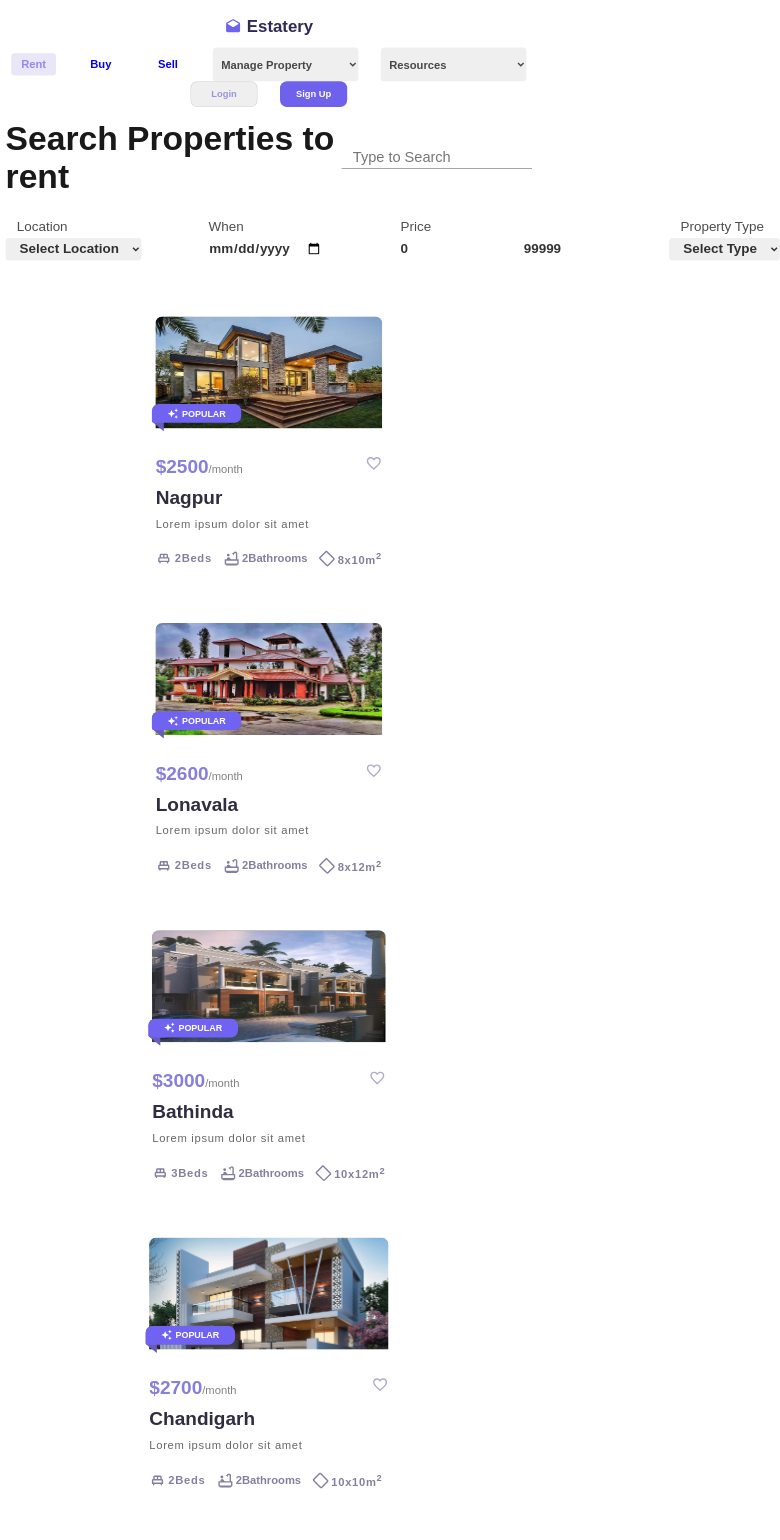
Repository: kapil4457/Reunion-Internship-Assignment
Page: /
An editor plug-in stored every save of this project. The page is shown before and after the next save, followed by the edit.
The browser window is 768 px wide. The page is 1114 px wide, so the pictures cover 1114 px, including what lies to the right of the window. The pictures show the part of the page from y = 0 to 2200 px (the page is 4951 px tall before and 5223 px after), at 70% of full size.
The project was rebuilt for these pictures with package versions that can differ from the ones it lists, and the page was loaded fresh each time. Also part of the build but not shown: src/App.css.

Above is the page before, as saved 2022-10-07 21:05:03.

After the next save:
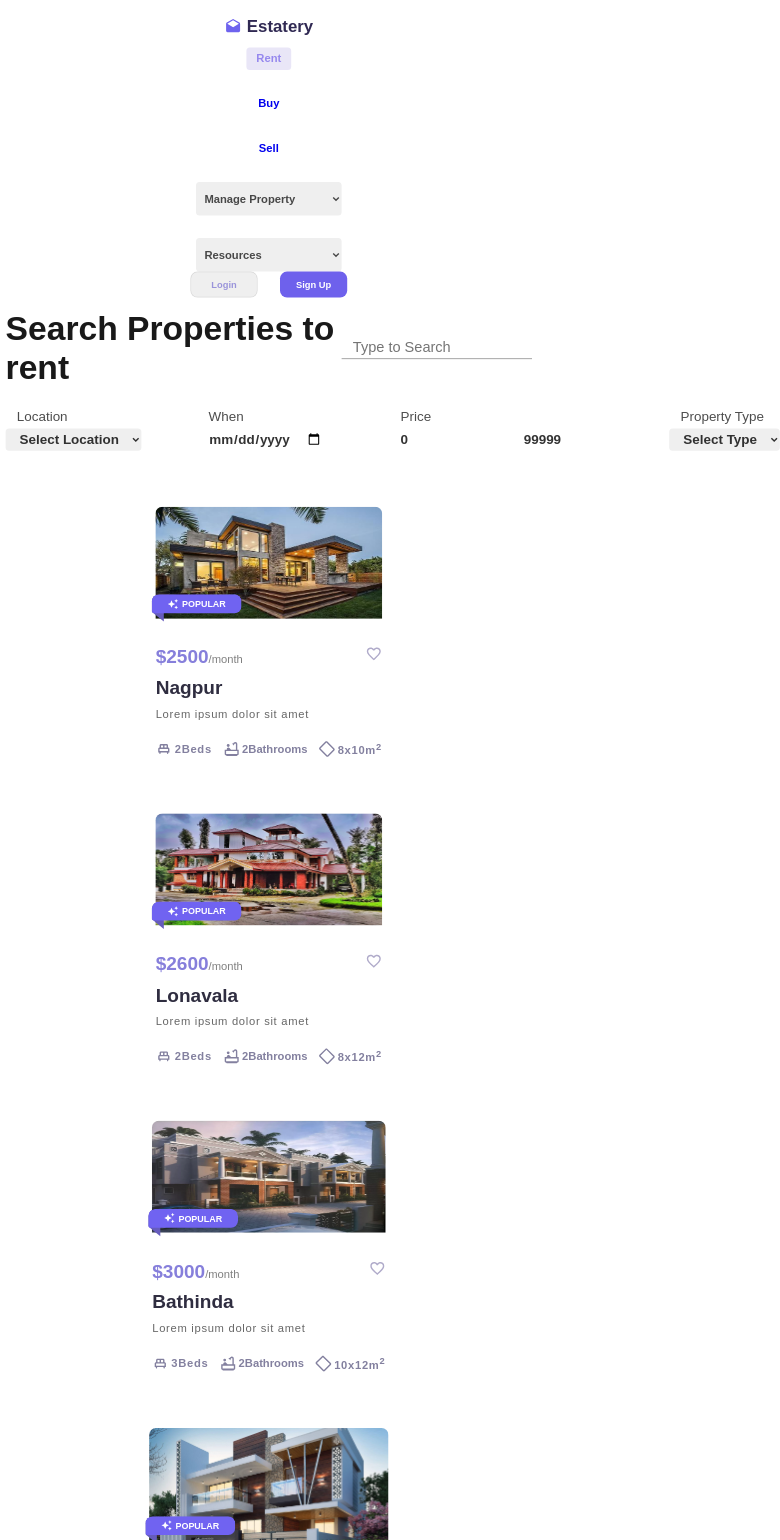
Saved 59 s later.
--- a/src/components/Header/Header.css
+++ b/src/components/Header/Header.css
@@ -104,4 +104,7 @@ cursor:pointer;
     .left{
         gap:1rem;
     }
+    .left > .categories{
+        flex-direction: column;
+    }
 }
